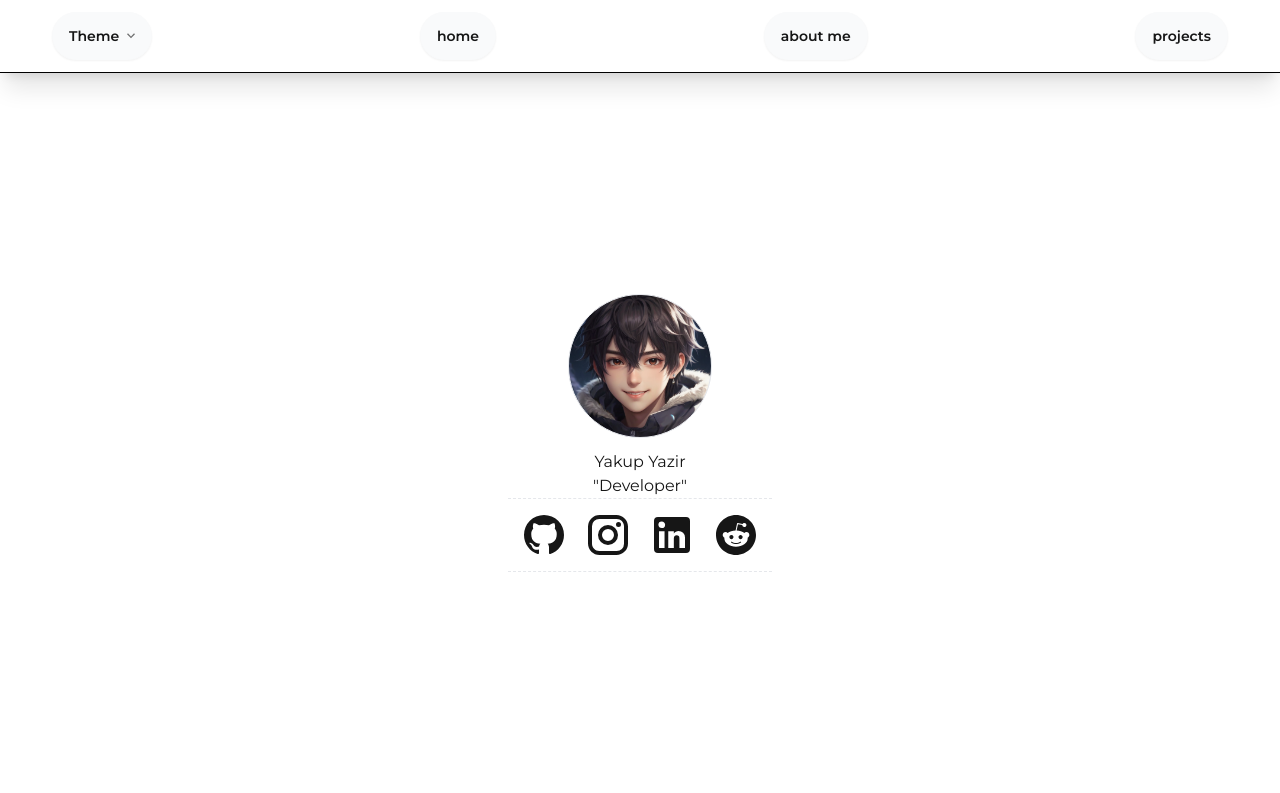
Repository: Yakyaz/myWebsite
Page: /home
An editor plug-in stored every save of this project. The page is shown before and after the next save, followed by the edit.
The browser window is 1280 px wide. The pictures show the whole page.
The project was rebuilt for these pictures with package versions that can differ from the ones it lists, and the page was loaded fresh each time. The framework's server and built-in components were replaced by stand-ins that run in the browser. Also part of the build but not shown: next.config.js.

Above is the page before, as saved 2023-12-03 13:54:16.

After the next save:
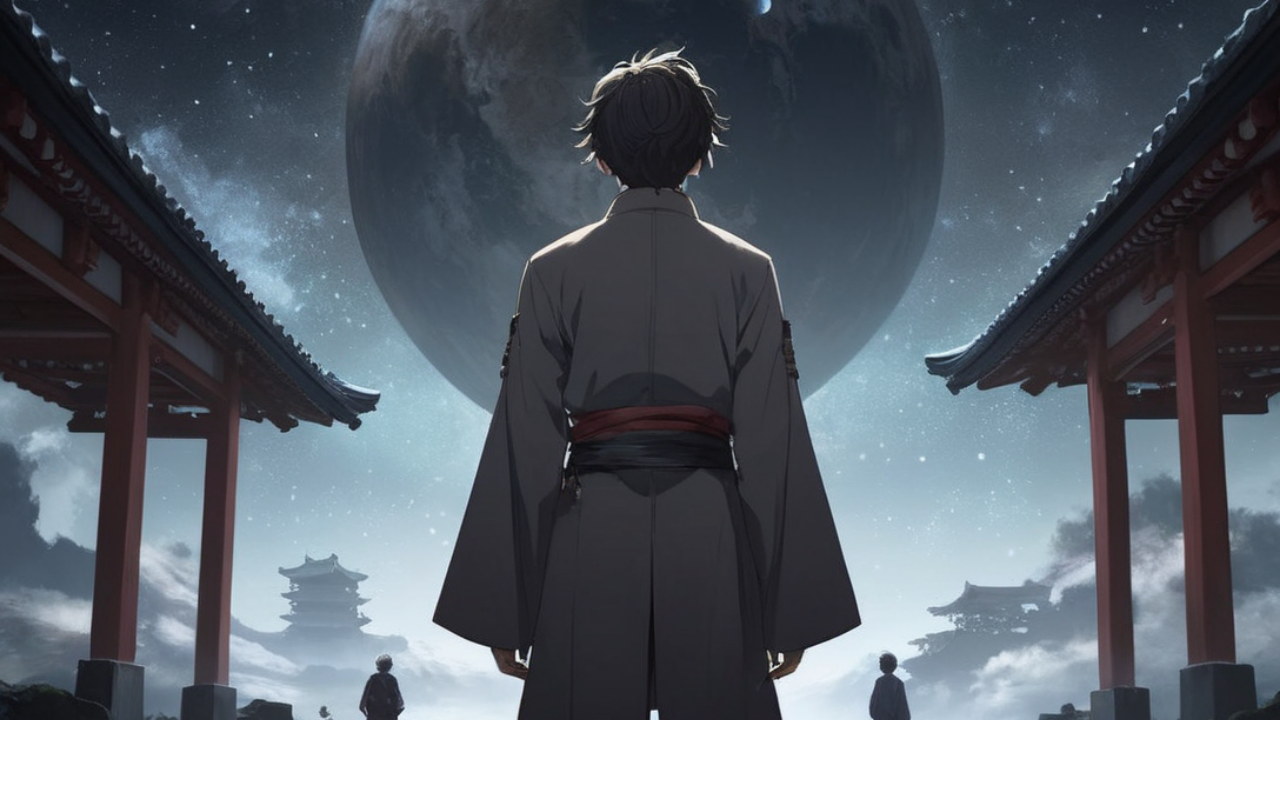
Saved 118 s later.
--- a/app/home/page.tsx
+++ b/app/home/page.tsx
@@ -4,7 +4,7 @@ import Icon from "@mdi/react";
 import { mdiGithub, mdiInstagram, mdiLinkedin, mdiReddit } from "@mdi/js";
 import Image from "next/image";
 import background from "../public/background.png";
-import mountains from "../public/pb.png";
+import pb from "../public/pb.png";
 function Home() {
   return (
     <main className="w-screen h-screen flex items-center justify-center ">
@@ -14,6 +14,17 @@ function Home() {
           height: "90%",
         }}
       >
+        <Image
+          alt="Background"
+          src={background}
+          placeholder="blur"
+          quality={100}
+          fill
+          sizes="100vw"
+          style={{
+            objectFit: "cover",
+          }}
+        />
         <div className="flex flex-col justify-center items-center">
           <div
             className="border rounded-full mb-3 h-36 w-36 text-center"
